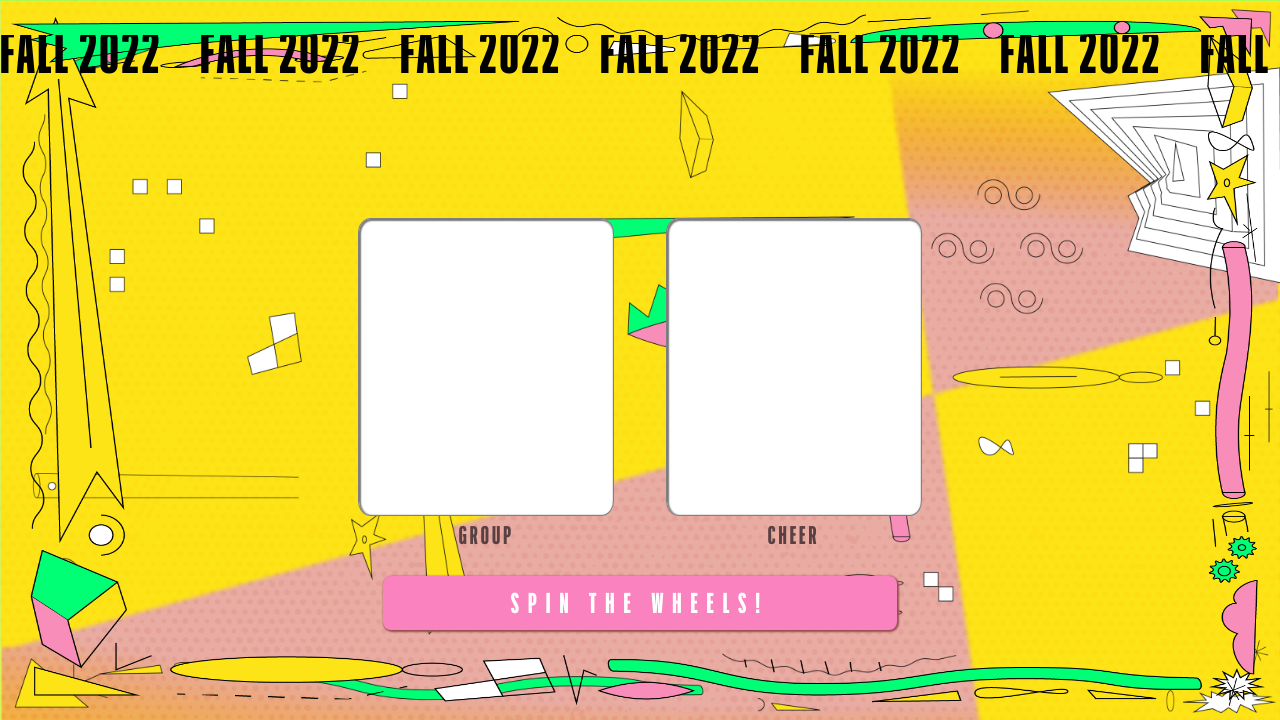
Repository: fakebrianho/IMA-Low-Res-Create-Athon-2022
Page: docs/presentation-order/index.html
These files come from the project's save history. The page is drawn as it stood at one moment and after the next save; the edit follows.
The browser window is 1280 px wide. The pictures show the whole page.

Above is the page before, as saved 2022-10-28 22:25:57.
Not found: docs/presentation-order/libraries/p5.dom.js
Not found: docs/presentation-order/libraries/p5.js
Not found: docs/presentation-order/libraries/p5.sound.js

### docs/presentation-order/index.html
<!DOCTYPE html>
<html>

<head>
  <script src="libraries/p5.js"></script>
  <script src="libraries/p5.dom.js"></script>
  <script src="libraries/p5.sound.js"></script>
  <link
    href="https://fonts.googleapis.com/css2?family=Open+Sans:ital,wght@0,300;0,400;0,600;0,700;0,800;1,300;1,400;1,600;1,700;1,800&display=swap"
    rel="stylesheet">
  <link rel="stylesheet" type="text/css" href="style.css">
  <meta charset="utf-8">
  <title>Create-Athon Presentation Order</title>
</head>

<body>
  <header>

  </header>

  <section>

    <div id="wheel-container">
      <div class="fakeHeader">
        <h1 style="opacity: 0"><span>Create-a-Thon</span></h1>
        <h2 style="opacity: 0"><span>Fall 2022</span></h2>
      </div>
      <div class="prompt" id="input-prompt">
        <div class="changing-segment">
          <div id="inputs">
          </div>
        </div>
        <div class="prompt-label" id="input-label">Group</div>
      </div>

      <div class="prompt" id="output-prompt">
        <div class="changing-segment">
          <div id="outputs">
          </div>
        </div>
        <div class="prompt-label" id="output-label">Cheer</div>
      </div>

    </div>

    <div id="button-container">
      <button> Spin the wheels! </button>
    </div>

  </section>

  <footer>

  </footer>
  <script src='gsap.min.js'></script>
  <script src='index.js'></script>
  <script src="sketch.js"></script>
  <script src="wheel.js"></script>

</body>

</html>

### docs/presentation-order/style.css
@font-face {
	src: url('font/BildVariableV3-VF.woff2') format('woff2-variations'),
		url('font/BildVariableV3-VF.woff') format('woff');
	font-family: 'Bild Variable V3 Web';
	font-weight: 700 900;
	font-style: normal;
}

html,
body {
	margin: 0;
	padding: 0;
	width: 100%;
	height: 100%;
	box-sizing: border-box;
	font-family: 'Open Sans', sans-serif;
	font-family: 'Bild Variable V3 Web';
	font-weight: 700;
	hyphens: true;
	font-synthesis: none;
	margin: 0;
	text-transform: uppercase;
	font-variation-settings: 'wdth' 100;
	letter-spacing: 3px;
}

section {
	width: 100%;
	height: 100%;
	position: absolute;
	background-image: url('image/bg.png');
	background: url(image/bg_border-top.png), url(image/bg_border-bottom.png),
		url(image/bg.png), url(image/bg_texture.png), #aafa50;
	background-repeat: no-repeat, no-repeat, no-repeat, repeat;
	/* background-size: auto 70vh, auto 50vh, 100vw 120vh, 800px auto; */
	/* background-position: right top, left 50vh, left 25vh, 0 0; */
	background-size: 100% 100%;
}

h1 {
	font-family: 'Bild Variable V3 Web';
	font-size: 80px;
	font-weight: 900;
	hyphens: true;
	font-synthesis: none;
	text-transform: uppercase;
	text-shadow: -7px -3px #ffffff;
	margin: 0;
	font-variation-settings: 'wdth' 60;
}

h2 {
	font-family: 'Bild Variable V3 Web';
	font-size: 60px;
	font-weight: 700;
	hyphens: true;
	font-synthesis: none;
	margin: 0;
	text-transform: uppercase;
	font-variation-settings: 'wdth' 100;
}

footer {
	position: fixed;
	bottom: 4vh;
	width: 100vw;
	text-align: center;
}

.fakeHeader {
	position: fixed;
	top: 35px;
	left: 0;
	overflow: hidden;
	width: 100%;
	font-size: 16px;
	font-weight: 800;
	z-index: 0;
}

.fakeHeader h1,
.fakeHeader h2 {
	display: flex;
}

h1 span,
h2 span {
	width: 350px;
	display: inline-block;
	flex: 0 0 auto;
	/* opacity: 0; */
}

h2 span {
	width: 200px;
}

p {
	position: relative;
	overflow: hidden;
	overflow-x: auto;
}

#wheel-container {
	display: flex;
	justify-content: center;
	margin-top: 15%;
	overflow: hidden;
}

.prompt {
	display: flex;
	flex-direction: column;
	width: 20%;
	padding: 2%;
	text-align: center;
	overflow: hidden;
}

.changing-segment {
	box-shadow: 1px 1px 1.5px 1px #777 inset;
	border-radius: 5%;
	border-style: groove;
	border-color: gray;
	border-width: 1px;
	position: relative;
	overflow: none;
	background-color: #fff;
	color: black;
	height: 17rem;
	padding: 1rem 0 0.5rem 0;
	font-size: 1.2rem;
	line-height: 1.55rem;
}

#inputs,
#outputs {
	padding: 5%;
}

.prompt-label {
	color: #594042;
	margin-top: 0.3rem;
	font-size: 1.6rem;
}

#button-container {
	margin-top: 0%;
	text-align: center;
}

button {
	background: #fa82be;
	cursor: pointer;
	box-shadow: 1px 1px 2px 1px rgb(148, 79, 79);
	color: white;
	border-width: 0px;
	border-radius: 0.5rem;
	padding: 0.8% 10% 0.8% 10%;
	font-size: 1.8rem;
	font-weight: 200;
	font-family: 'Open Sans', sans-serif;
	font-family: 'Bild Variable V3 Web';
	font-weight: 700;
	hyphens: true;
	font-synthesis: none;
	margin: 0;
	text-transform: uppercase;
	font-variation-settings: 'wdth' 100;
	letter-spacing: 9px;
}

### docs/presentation-order/index.js
const carousels = document.querySelectorAll('.fakeHeader h1, .fakeHeader h2')
const fadeInTimeline = gsap.timeline()
fadeInTimeline
	.set(carousels, { opacity: 0 })
	.to(carousels, { opacity: 1, delay: 1, stagger: 1, duration: 2 })
carousels.forEach((carousel) => {
	const spanTag = carousel.querySelector('span')
	const spanWidth = spanTag.clientHeight
	for (let i = 0; i < 30; i++) {
		carousel.appendChild(spanTag.cloneNode(true))
	}
	const movementTimeline = gsap.timeline({
		repeat: -1,
	})
	movementTimeline
		.set(carousel, { y: 0 })
		.to(carousel, { y: spanWidth * -1, duration: 6, ease: 'linear' })
})

### docs/presentation-order/sketch.js
let spinButton
let data
let inputWheel, outputWheel
let clickSound, endSound, gameShow
let isSpinning = false
let resourcesAvailable = false

function preload() {
	data = loadJSON('data/generator.json')
	//sounds are public domain
	clickSound = loadSound('sound/faded_sine.mp3')
	endSound = loadSound('sound/Electronic_Chime-KevanGC-495939803.mp3')
	// maybe not this sound?
	gameShow = loadSound('sound/gameshow_short.mp3')
}

function windowResized() {
	resizeCanvas(windowWidth, windowHeight)
}

function setup() {
	frameRate(60)

	clickSound.setVolume(0.4)
	gameShow.setVolume(0.5)

	inputWheel = new Wheel('#inputs', data.input)
	outputWheel = new Wheel('#outputs', data.output)

	spinButton = select('button')
	spinButton.mouseClicked(startSpin)
}

function draw() {
	// workaround, see line 69
	if (inputWheel.spin) {
		inputWheel.move()
	}
	if (outputWheel.spin) {
		outputWheel.move()
	}

	if (isSpinning) {
		if (inputWheel.difference == 0 && outputWheel.difference == 0) {
			endSound.play()
			setTimeout(() => {
				gameShow.play()
			}, 100)
			isSpinning = false
		}
	}
}

function startSpin(
	clickEvent,
	targetInput = floor(random(data.input.length)),
	targetOutput = floor(random(data.output.length))
) {
	isSpinning = true

	// inputWheel.target = targetInput // not the target that displays!!
	// inputWheel.spin = true
	inputWheel.update(targetInput)
	// inputWheel.resetAriaHidden();

	outputWheel.target = targetOutput
	outputWheel.spin = true
	outputWheel.resetAriaHidden()

	// console.log(
	//   'make a something where the input is ' +
	//     data.input[targetInput] +
	//     ' and an output is ' +
	//     data.output[targetOutput]
	// );

	// remove data from array here
	console.log(targetInput)
	// console.log(data.input[targetInput])
	data.input.splice(targetInput, 1)
	console.log(data.input)
}

### docs/presentation-order/wheel.js
class Wheel {
	constructor(parentID, data, count = 5, startIndex = 0) {
		this.count = count
		this.data = data
		this.numOfCycles = Math.floor(random(2, 4))
		this.startIndex = startIndex
		this.currentIndex =
			this.startIndex - this.data.length * this.numOfCycles
		this.parentID = parentID
		this.elements = []
		this.position = []
		this.target = startIndex
		this.speed = 5
		this.difference = 0

		for (let i = 0; i < this.count; i++) {
			this.elements[i] = createP(
				this.data[
					(this.startIndex + i - floor(this.count / 2)) %
						this.data.length
				]
			)
			this.elements[i].parent(this.parentID)
			this.elements[i].attribute('aria-hidden', true)
			this.elements[i].style(
				'color',
				rgbToHex(int(random(120)), int(random(120)), int(random(120)))
			)
			this.position[i] = this.elements[i].position()
			if (i == floor(this.count / 2)) {
				this.elements[i].attribute('aria-hidden', false)
			} else {
				this.elements[i].style('visibility', 'hidden')
			}
		}
		// this feels hacky?
		this.startTop = this.position[0].y
		this.currTop = parseInt(this.elements[0].style('top'))
		this.distanceBetweenElements = this.position[1].y - this.position[0].y

		this.spin = false
	}

	resetAriaHidden() {
		for (let i = 0; i < this.count; i++) {
			this.elements[i].attribute('aria-hidden', true)
			this.elements[i].style('visibility', 'visible')
		}
	}

	// continuing the hack workaround
	update(target) {
		console.log(data.input[target])
		let inputWheel = document.getElementById('inputs')
		inputWheel.innerHTML = data.input[target]
		inputWheel.style.position = 'relative'
		inputWheel.style.top = '45%'
		this.spin = false
	}

	move() {
		this.currTop -= this.speed
		// console.log(this.target);
		// console.log(this.currentIndex);
		this.difference = int(this.target) - int(this.currentIndex)
		this.speed =
			(60 *
				abs(
					this.difference % (this.data.length * this.numOfCycles * 2)
				)) /
			(this.data.length * this.numOfCycles * 2)

		// console.log(this.data[this.target],this.target, this.currentIndex, this.difference, (this.data.length*this.numOfCycles), this.speed);

		if (this.currTop < -this.distanceBetweenElements / 2) {
			clickSound.play()
			this.currentIndex++
			this.startIndex =
				this.currentIndex + this.data.length * this.numOfCycles
			this.startIndex %= this.data.length
			this.elements[0].remove()
			this.currTop = 0
			this.elements.splice(0, 1)
			this.elements.push(
				createP(
					this.data[
						(this.data.length +
							this.startIndex +
							floor(this.count / 2)) %
							this.data.length
					]
				)
			)

			this.elements[this.elements.length - 1].parent(this.parentID)
			this.elements[this.elements.length - 1].attribute(
				'aria-hidden',
				true
			)
			this.elements[this.elements.length - 1].style(
				'color',
				rgbToHex(int(random(120)), int(random(120)), int(random(120)))
			)
		}
		for (let i = 0; i < this.elements.length; i++) {
			this.elements[i].style('top', this.currTop + 'px')
		}
		if (this.difference == 0) {
			this.spin = false

			console.log(this.data)

			this.numOfCycles = floor(random(2, 4))
			this.currentIndex =
				this.startIndex - this.data.length * this.numOfCycles
			for (let i = 0; i < this.elements.length; i++) {
				if (i == floor(this.elements.length / 2)) {
					this.elements[i].attribute('aria-hidden', false)
					this.elements[i].addClass('wrap')
				} else {
					this.elements[i].style('visibility', 'hidden')
				}
			}
		}
	}
}

function componentToHex(c) {
	var hex = c.toString(16)
	return hex.length == 1 ? '0' + hex : hex
}

function rgbToHex(r, g, b) {
	return '#' + componentToHex(r) + componentToHex(g) + componentToHex(b)
}

Loaded but not shown: docs/presentation-order/gsap.min.js (library)

After the next save:
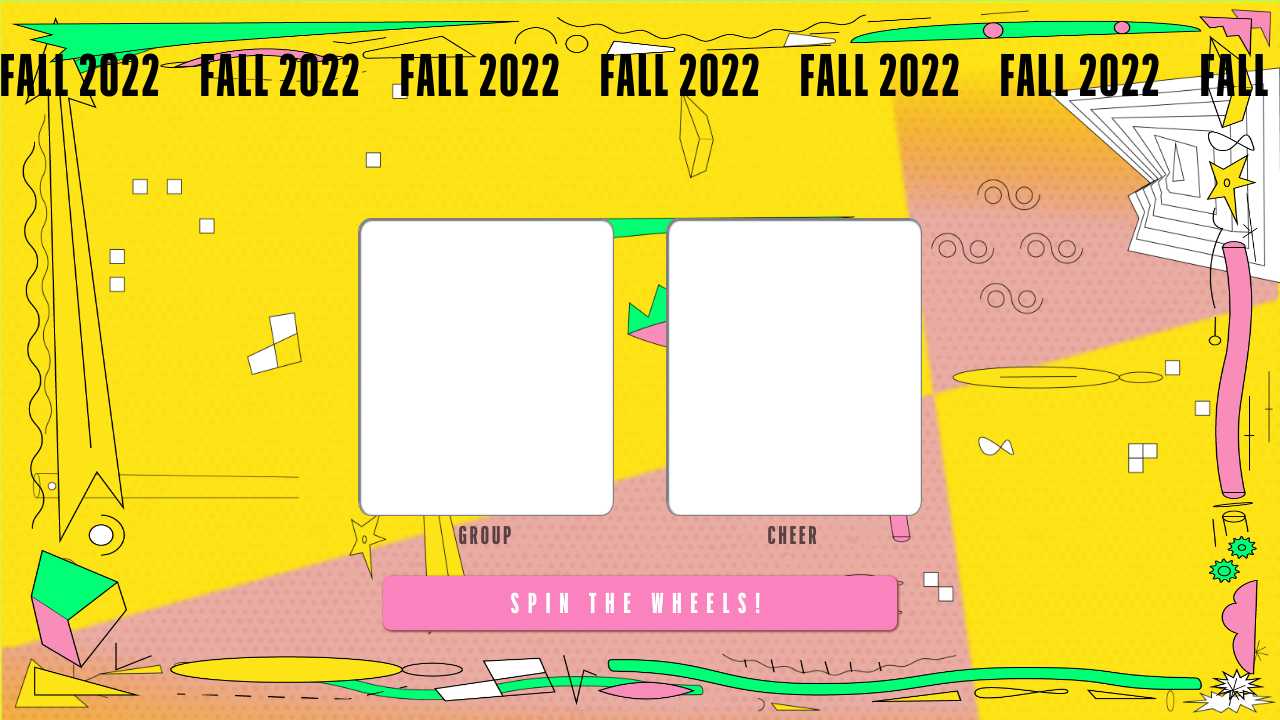
Saved 32 s later.
--- a/docs/presentation-order/index.js
+++ b/docs/presentation-order/index.js
@@ -13,6 +13,6 @@
 		repeat: -1,
 	})
 	movementTimeline
-		.set(carousel, { y: 0 })
+		.set(carousel, { y: spanWidth })
 		.to(carousel, { y: spanWidth * -1, duration: 6, ease: 'linear' })
 })
